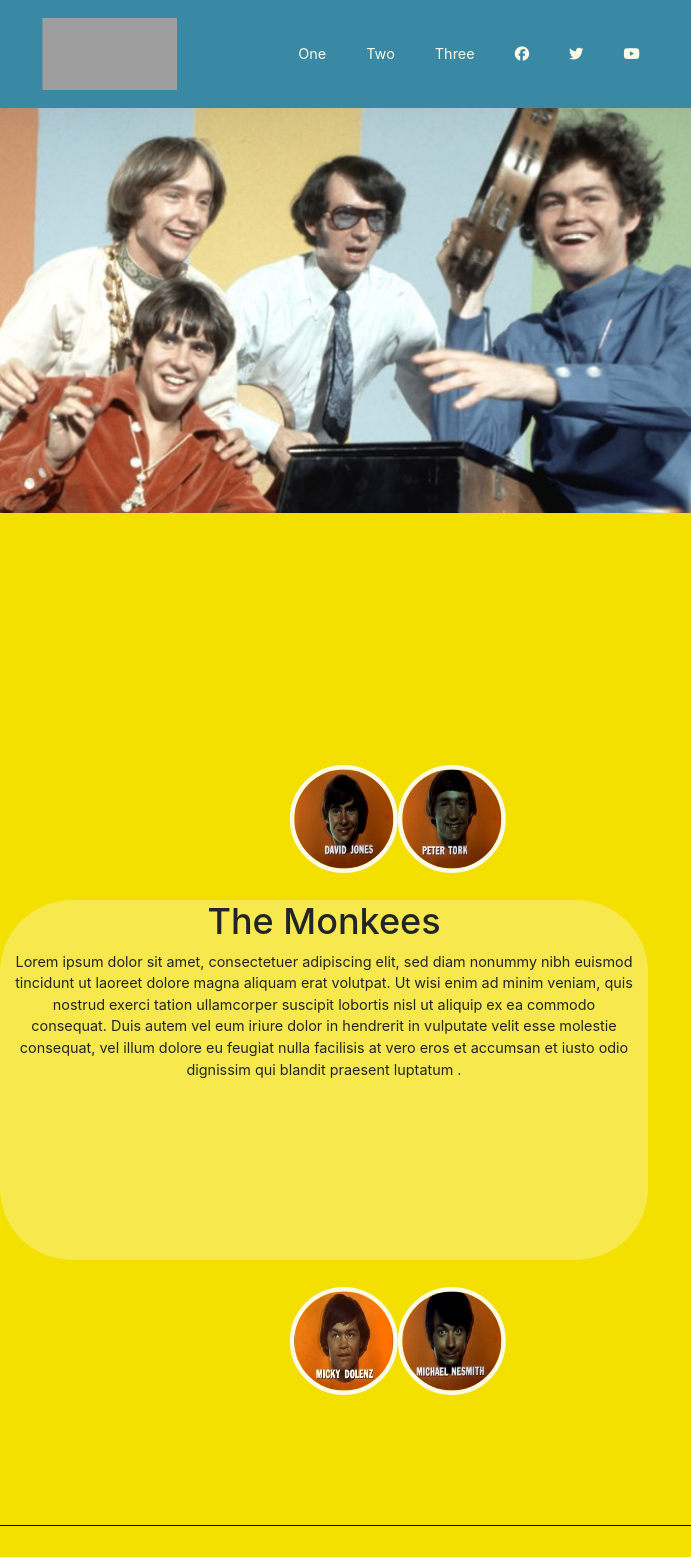
Repository: stu1612/Milestone-Project-Stu-Bolderson
Page: mock-header/mh.html
The author's editor kept a record of every edit. The page is drawn from the files as they stood at one moment, then again after the next edit.
The browser window is 768 px wide. The pictures show the whole page, at 90% of full size.
Pictures or frames that could not be fetched are drawn as grey boxes. Some web libraries are served in a nearby version.

Above is the page before.

### mock-header/mh.html
<!DOCTYPE html>
<html lang="en">

<head>
    <meta charset="UTF-8">
    <meta name="viewport" content="width=device-width, initial-scale=1.0">
    <meta http-equiv="X-UA-Compatible" content="ie=edge">
    <link rel="stylesheet" href="https://maxcdn.bootstrapcdn.com/bootstrap/4.3.1/css/bootstrap.min.css" type="text/css" />
    <link rel="stylesheet" href="https://maxcdn.bootstrapcdn.com/font-awesome/4.7.0/css/font-awesome.min.css" type="text/css" />
    <link rel="stylesheet" href="https://cdnjs.cloudflare.com/ajax/libs/hover.css/2.1.1/css/hover-min.css" type="text/css" />
    <script src="https://kit.fontawesome.com/67768a2f6d.js"></script>
    <link rel="stylesheet" href="mhs.css" type="text/css" />
    <title>The Monkees | Official Fans Site</title>
</head>

<body>


    <!-- ****************** Navigation ************************ -->

    <div class="header">
        <img src="../assets/images/monkees-logo.png" class="logo-img"></img>
        <nav class="desktop-nav">
            <ul>
                <li><a href="#">One</a></li>
                <li><a href="#">Two</a></li>
                <li><a href="#">Three</a></li>
                <li><a href="#"><i class="fab fa-facebook"></i></a></li>
                <li><a href="#"><i class="fab fa-twitter"></i></a></li>
                <li><a href="#"><i class="fab fa-youtube"></i></a></li>
            </ul>
        </nav>
        <div class="dropdown-nav">
          <button class="dropbtn-nav"><i class="fas fa-chevron-down"></i></button>
          <div class="dropdown-content-nav">
            <a href="#">Link 1</a>
            <a href="#">Link 2</a>
            <a href="#">Link 3</a>
          </div>
        </div>
    </div>


    <!-- *************************************** image banner ********************** -->
    <main>
        <section>
            <div class="image" class="img-responsive"></div>
        </section>

        <section>
            <div class="background about">
                <div class="container box-side left">
                    <img src="../assets/images/Jones.jpg"></img>
                    <img src="../assets/images/Tork.jpg"></img>
                </div>
                <div class="container box-center">
                    <h1>The Monkees</h1>
                        <p>Lorem ipsum dolor sit amet, consectetuer adipiscing elit,
                        sed diam nonummy nibh euismod tincidunt ut laoreet dolore
                        magna aliquam erat volutpat. Ut wisi enim ad minim veniam,
                        quis nostrud exerci tation ullamcorper suscipit lobortis nisl
                        ut aliquip ex ea commodo consequat. Duis autem vel eum iriure
                        dolor in hendrerit in vulputate velit esse molestie consequat,
                        vel illum dolore eu feugiat nulla facilisis at vero eros et
                        accumsan et iusto odio dignissim qui blandit praesent luptatum
                        .</p>
                </div>
                <div class="container box-side right">
                    <img src="../assets/images/mickey.jpg"></img>
                    <img src="../assets/images/Nesmith.jpg"></img>
                </div>
            </div>
        </section>

    </main>

    <script src="https://ajax.googleapis.com/ajax/libs/jquery/3.4.0/jquery.min.js"></script>
    <script src="https://cdnjs.cloudflare.com/ajax/libs/popper.js/1.14.7/umd/popper.min.js"></script>
    <script src="https://maxcdn.bootstrapcdn.com/bootstrap/4.3.1/js/bootstrap.min.js"></script>
</body>

</html>

### mock-header/mhs.css
/* Color styling schemes

blue - #3a89a4
yellow - #f3df00
white - #fafae6
orange - #e39134
light red - #d92b39
red - #d72235
red/orange - #bb3928

*/

/*------------------------------- Universal ----------------------------------*/




/*---------------------------------- NAVBAR ----------------------------------*/

.logo-img {
    width:150px;
    height:80px;
    margin:20px;
    cursor:pointer;
}

.header {
    display: flex;
    justify-content: space-around;
    background-color: #3a89a4;
    position: fixed;
    top: 0;
    width: 100%;
    overflow: hidden;
    z-index: 1;
}

nav {
    margin:auto 0;
    padding-left:10px;
}

nav ul li {
    display:inline-block;
    margin: 15px 20px 0 0;
    align-items:center;
    padding:10px;
    cursor:pointer;
}

nav ul li a {
    color:#fafae6;
    text-decoration:none!important;
}

nav ul li a:hover {
    color:#f3df00;
}


/*------------- Navbar section - mobile resolution -----------*/

.dropbtn-nav {
    background-color: #3a89a4;
    color: #fafae6;
    padding: 16px;
    font-size: 16px;
    border: none;
    cursor: pointer;
}

.dropdown-nav {
    position: relative;
    display: inline-block;
    margin: auto;
}

.dropdown-content-nav {
    display: none;
    background-color: #3a89a4;
    width:auto;
    z-index: 1;
}

.dropdown-content-nav a {
    color: #fafae6;
    padding: 12px 16px;
    text-decoration: none;
    display: block;
}

.dropdown-content-nav a:hover {
    color:#f3df00;
}

.dropdown-nav:hover .dropdown-content-nav {
    display: block;
}

.dropdown-nav:hover .dropbtn-nav {
    background-color: #3a89a4;
}

/*------------------------------ main banner image -------------*/

.image {
    background-image: url("../assets/images/cover4.jpg");
    background-size:cover;
    background-position: center;
    background-repeat: no-repeat;
    margin-top:120px;
    max-width:100%;
    height:650px;
}

/*------------------------------ about the monkees-------------*/

/*----- top section-----------*/

.background.about {
    display:flex;
    background-color: #f3df00;
    background-size:cover;
    width:100%;
    height:700px;
    padding-top:100px;
}

.box-side {
    display: flex;
    flex-direction: column;
    height: 300px;
    width: 20%;
    justify-content: space-around;
}

.left {
    align-items:flex-end;
}

.right {
    align-items:flex-start;
}

.box-side img {
    height:120px;
    width:120px;
    border-radius:50%;
    border:5px solid #fafae6;
}

.box-center {
    display:flex;
    flex-direction:column;
    height:300px;
    width:50%;
    text-align:center;
    justify-content: space-around;
    background-color: rgba(255, 255, 255, 0.3);
    border-radius:5rem;
}



/*------------------------------- Media Queries --------------------*/

@media screen and (max-width: 1024px) {
    .image {
        height:550px;
    }
}

@media screen and (max-width:768px) {
    .image {
        height:450px;
    }
    .background.about {
        display:flex;
        flex-direction:column;
        height:auto;
    }
    .box-side, .box-center {
        flex-direction:row;
    }
    .box-center {
        flex-direction:row;
        width: 100%;
        height:400px;
        display:block;
        margin:30px 0;
    }
}


@media screen and (min-width:681px) {
    .dropdown-nav {
        display:none;
    }
}

@media screen and (max-width:680px) {
    .header {
        justify-content:center;
        display:grid;
    }

    .image-main {
        margin-top:170px;
    }

    .desktop-nav {
        display:none;
    }
}

@media screen and (max-width:500px) {
    .image {
        height:250px;
        margin-top:160px;
    }
}

After the next edit:
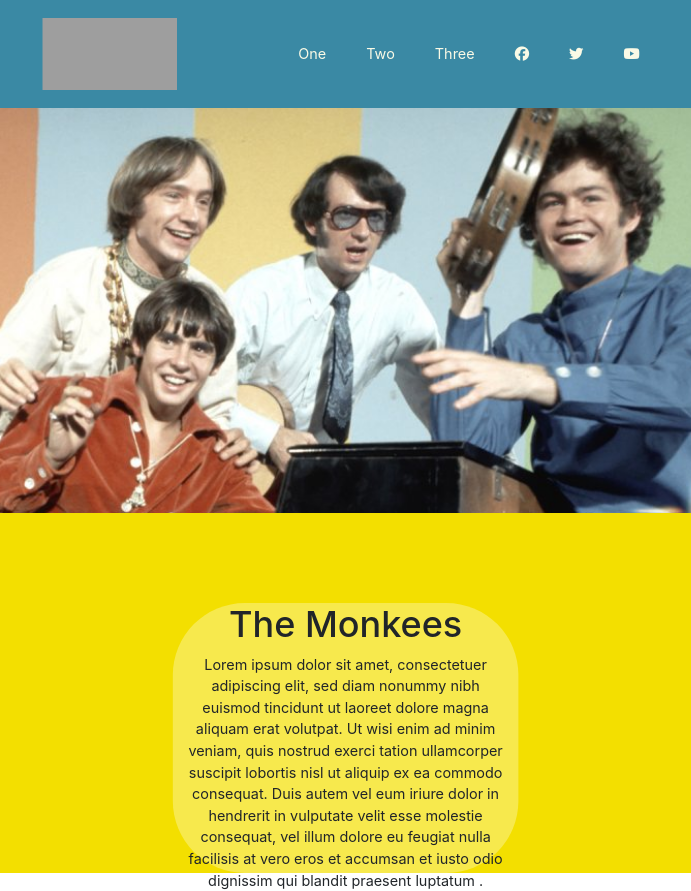
The edit:
--- a/mock-header/mhs.css
+++ b/mock-header/mhs.css
@@ -179,15 +179,8 @@
         flex-direction:column;
         height:auto;
     }
-    .box-side, .box-center {
-        flex-direction:row;
-    }
-    .box-center {
-        flex-direction:row;
-        width: 100%;
-        height:400px;
-        display:block;
-        margin:30px 0;
+    .box-side {
+        display:none;
     }
 }
 
